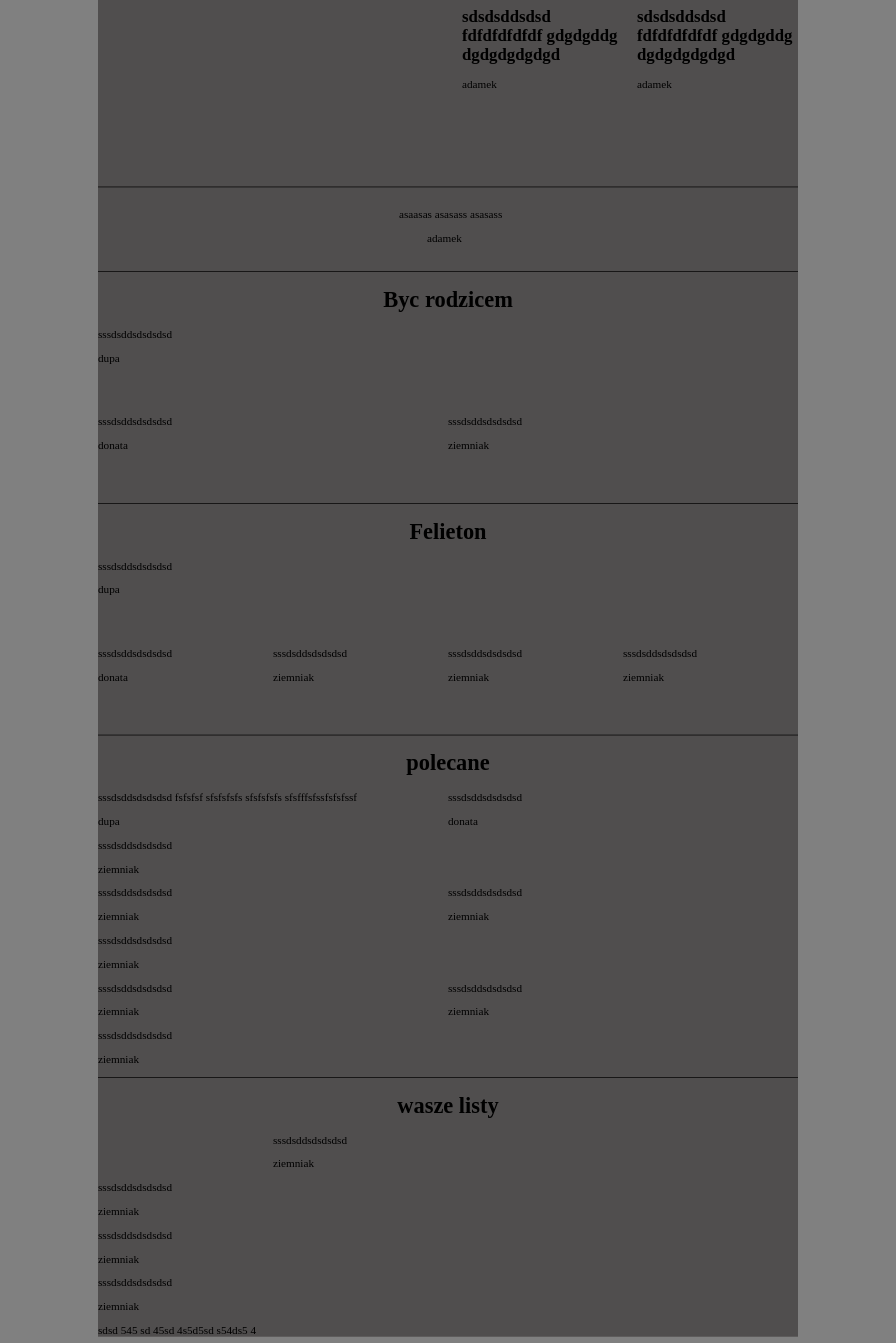
Repository: kq333/pitupitu.pl
Page: index.html
These files come from the project's save history. The page is drawn as it stood at one moment and after the next save; the edit follows.
The browser window is 1280 px wide. The pictures show the part of the page from y = 751 to 2671 px (the page is 2669 px tall before and 2671 px after), at 70% of full size.
The style sheet was rebuilt from its Sass, Less or Tailwind sources for each picture, by a compiler version that may differ from the author's.

Above is the page before, as saved 2020-11-04 13:08:32.

### index.html
<!DOCTYPE html>
<html lang="en">
<head>
    <meta charset="UTF-8">
    <meta name="viewport" content="width=device-width, initial-scale=1.0">
    <title>Document</title>
    <link rel="stylesheet" href="style/style.css">
</head>
<body>


<div id="container">
  <div id="content">
    <div id=bar>
        <ul class="ul_bar">Wyborcza
            <li>sdsd</li>
            <li>sdsd</li>
            <li>sdsd</li>
            <li>sdsd</li>
            <li>sdsd</li>
            <li>sdsd</li>
            <li>sdsd</li>
        </ul>
        <div class="loging">
            Logowanie
        </div>
    </div>
            <div id="logo"><p>Wysokie Obcasy</p>
                <ul class="ul_bar2">
                    <li>fdf</li>
                    <li>gccvcv</li>
                    <li>hghhgh</li>
                    <li>asaseerr</li>
                    <li>jljkj</li>
                    <li>wewewe</li>
                    <li>hghghh</li>
                </ul>


            </div>


           <div>

                <div class="block_1">
                    <div class="art1">
                        <article>
                        <h1>sdsdsddsdsd fdfdfdfdfdf gdgdgddg dgdgdgdgdgd</h1>


                            <p class="autor_name">adamek</p>
                        </article>
                    </div>

                    <div class="art2">
                            <article>
                                <h1>sdsdsddsdsd fdfdfdfdfdf gdgdgddg dgdgdgdgdgd</h1>


                                <p class="autor_name">adamek</p>
                            </article>
                     </div>
                     <div class="art3">
                            <article>
                                <h1>sdsdsddsdsd fdfdfdfdfdf gdgdgddg dgdgdgdgdgd</h1>


                                <p class="autor_name">adamek</p>
                            </article>
                      </div>
                      <div class="art4">
                            <article>
                                <h1>sdsdsddsdsd fdfdfdfdfdf gdgdgddg dgdgdgdgdgd</h1>


                                <p class="autor_name">adamek</p>
                            </article>
                       </div>
                            <div class="art5">
                                <article>
                                    <h1>sdsdsddsdsd fdfdfdfdfdf gdgdgddg dgdgdgdgdgd</h1>


                                    <p class="autor_name">adamek</p>
                                </article>
                            </div>
                                 <div class="art6">
                                    <article>
                                        <h1>sdsdsddsdsd fdfdfdfdfdf gdgdgddg dgdgdgdgdgd</h1>


                                        <p class="autor_name">adamek</p>
                                    </article>
                                 </div>
                                    <div class="art7">

                                        <article>
                                            <h1>sdsdsddsdsd fdfdfdfdfdf gdgdgddg dgdgdgdgdgd</h1>


                                            <p class="autor_name">adamek</p>
                                        </article>
                                    </div>

                                    <div class="art8">
                                            <article>
                                                <h1>sdsdsddsdsd fdfdfdfdfdf gdgdgddg dgdgdgdgdgd</h1>


                                                <p class="autor_name">adamek</p>
                                            </article>
                                    </div>
                                        <div class="art9">
                                                <article>

                                                    <h1>sdsdsddsdsd fdfdfdfdfdf gdgdgddg dgdgdgdgdgd</h1>


                                                    <p class="autor_name">adamek</p>
                                                </article>
                                        </div>
                </div>


                     <div class="quotes">
                         <p1>asaasas asasass asasass</p1>

                        <p class="autor_name">adamek</p>

                    </div>





                  <div class="section">
                    <header>
                        <h1>Byc rodzicem</h1>

                    </header>
                    </div>


                        <section class="family">


                                <div class="art10">
                                    <article> sssdsddsdsdsdsd
                                        <p class="autor_name">dupa</p>

                                    </article>

                                </div>
                                <div class="art11">
                                        <article> sssdsddsdsdsdsd
                                            <p class="autor_name">donata</p>

                                        </article>
                                </div>
                                    <div class="art12">
                                            <article> sssdsddsdsdsdsd
                                                <p class="autor_name">ziemniak</p>

                                            </article>
                                    </div>

                        </section>

                        <div class="section">
                        <header>
                            <h1>Felieton</h1>
                        </header>
                    </div>

                        <section class="column">

                            <div class="art13">
                                    <article> sssdsddsdsdsdsd
                                        <p class="autor_name">dupa</p>

                                    </article>

                            </div>
                                <div class="art14">
                                    <article> sssdsddsdsdsdsd
                                        <p class="autor_name">donata</p>

                                    </article>
                                </div>
                                     <div class="art15">
                                        <article> sssdsddsdsdsdsd
                                            <p class="autor_name">ziemniak</p>

                                        </article>
                                    </div>

                                        <div class="art16">
                                            <article> sssdsddsdsdsdsd
                                                <p class="autor_name">ziemniak</p>

                                            </article>
                                        </div>

                                        <div class="art17">
                                            <article> sssdsddsdsdsdsd
                                                <p class="autor_name">ziemniak</p>

                                            </article>
                                        </div>

                        </section>
                        <div class="section">
                        <header>
                            <h1>polecane</h1>

                        </header>
                    </div>

                            <section class="recommended">


                                    <div class="art18">
                                        <article> sssdsddsdsdsdsd
                                            fsfsfsf sfsfsfsfs sfsfsfsfs
                                            sfsfffsfssfsfsfssf
                                            <p class="autor_name">dupa</p>

                                        </article>
                                    </div>
                                        <div class="art19">
                                            <article> sssdsddsdsdsdsd
                                                <p class="autor_name">donata</p>

                                            </article>
                                        </div>
                                            <div class="art20">

                                                <article> sssdsddsdsdsdsd
                                                    <p class="autor_name">ziemniak</p>
                                                </article>
                                            </div>
                                                <div class="art21">
                                                    <article> sssdsddsdsdsdsd
                                                        <p class="autor_name">ziemniak</p>
                                                    </article>
                                                </div>
                                                    <div class="art22">
                                                        <article> sssdsddsdsdsdsd
                                                            <p class="autor_name">ziemniak</p>


                                                        </article>
                                                    </div>
                                                        <div class="art23">
                                                            <article> sssdsddsdsdsdsd
                                                                <p class="autor_name">ziemniak</p>


                                                            </article>
                                                        </div>

                                                            <div class="art24">
                                                                <article> sssdsddsdsdsdsd
                                                                    <p class="autor_name">ziemniak</p>


                                                                </article>
                                                            </div>
                                                                <div class="art25">
                                                                    <article> sssdsddsdsdsdsd
                                                                        <p class="autor_name">ziemniak</p>


                                                                    </article>
                                                                </div>
                                                                <div class="art26">
                                                            <article> sssdsddsdsdsdsd
                                                                <p class="autor_name">ziemniak</p>


                                                            </article>
                                                            </div>



                            </section>

                            <div class="section">
                            <header>
                                <h1>wasze listy</h1>

                            </header>
                            </div>

                            <section class="letters">

                                <div class="art27"></div>
                                    <article> sssdsddsdsdsdsd
                                        <p class="autor_name">ziemniak</p>


                                    </article>
                                </div>
                                    <div class="art28">
                                        <article> sssdsddsdsdsdsd
                                            <p class="autor_name">ziemniak</p>


                                        </article>
                                    </div>
                                        <div class="art29">

                                            <article> sssdsddsdsdsdsd
                                                <p class="autor_name">ziemniak</p>


                                            </article>
                                        </div>

                                            <div class="art30">
                                                <article> sssdsddsdsdsdsd
                                                    <p class="autor_name">ziemniak</p>


                                                </article>
                                            </div>

                            </section>

                            <footer>
                                <div class="footer">sdsd 545 sd 45sd 4s5d5sd s54ds5 4</div>

                            </footer>



















































           </main>



  </div>




















</div>
</body>
</html>

### style/style.scss
body{
    background-color: grey;


}
#constainer{
    height: auto;
}

#content{
    margin:auto;
    background-color: rgb(80, 78, 78);
    width:1000px;

}


#bar{
    display:grid;
    grid-template-columns: auto auto;
    width:1000px;



}

.ul_bar{
    width:960px;
    height: 40px;
    border-bottom: 1px solid black;


    li{
        list-style-type: none;
    }

}


#logo{
    border-bottom: 1px solid black;
    width:1000px;
    height: 120px;
    p{
        margin-left:480px;
    }

    .ul_bar2{
        list-style-type: none;
        display:inline-flex;
        gap:55px;
        margin-left:170px;
    }
}

.block_1{
    width:1000px;
    height: auto;
    display:grid;
    grid-template-columns: 500px auto auto;
    .art1{
    grid-row-start: 1;
    grid-row-end: 9;
    height: 800px;;
    }
    gap: 20px;
}

.quotes{
    width: 940px;
    height: 60px;
    border-bottom: 1px solid black;
    border-top: 1px solid black;
    padding:30px;

    p1{
        margin-left: 400px;
        margin-top:130px;
    }
    p{
        margin-left: 440px;
    }

}

.section{
    text-align: center;
}
.family{
    width:1000px;
    height: 250px;
    border-bottom: 1px solid black;
    display:grid;
    grid-template-columns: auto auto;
    grid-template-areas: "art10 art10"
                          "art11 art12"  ;

.art10{
grid-area: art10;


}
.art11{
grid-area: art11;
}

.art12{
grid-area: art12;
}


}

.column{
    width:1000px;
    height: 250px;
    border-bottom: 1px solid black;
    display:grid;
    grid-template-columns: auto auto auto;
    grid-template-areas: "art13 art13 art13 art13"
                         " art14 art15 art16 art17"   ;

    .art13{

        grid-area: art13;


            }
    .art14{
        grid-area: art14;

     }

    .art15{
        grid-area: art15;
     }

     .art16{
        grid-area: art16;
     }

     .art17{
        grid-area: art17;
     }

    h1{
        margin-left:500px;

        }

}


.recommended{
    width:1000px;
    height: auto;
    border-bottom: 1px solid black;
    display:grid;
    grid-template-columns: repeat(2, 1fr);
    grid-template-areas: " art18   art19"
                         " art20   art19"
                         " art21  art22"
                         " art23  art22"
                         " art24  art25"
                         " art26  art25"
                         ;




.art18{
grid-area:art18;


}

.art19{
grid-area: art19;

 }

.art20{
grid-area: art20;


 }

.art21{
grid-area: art21;
 }

.art22{
grid-area: art22;
 }

.art23{
grid-area: art23;
 }

.art24{
grid-area: art24;

 }

.art25{
grid-area: art25;
 }

.art26{
grid-area: art26;
 }
};

.letters{
    width:1000px;


    display:grid;
    grid-template-columns: repeat(4, 1fr);
    grid-template-areas: "art27 art28 art29 art30";


.art27{
    grid-area: art27;
}

.art28{
    grid-area: art28;
}


.art29{
    grid-area: art29;
}

.art30{
    grid-area: art30;
}

}

After the next save:
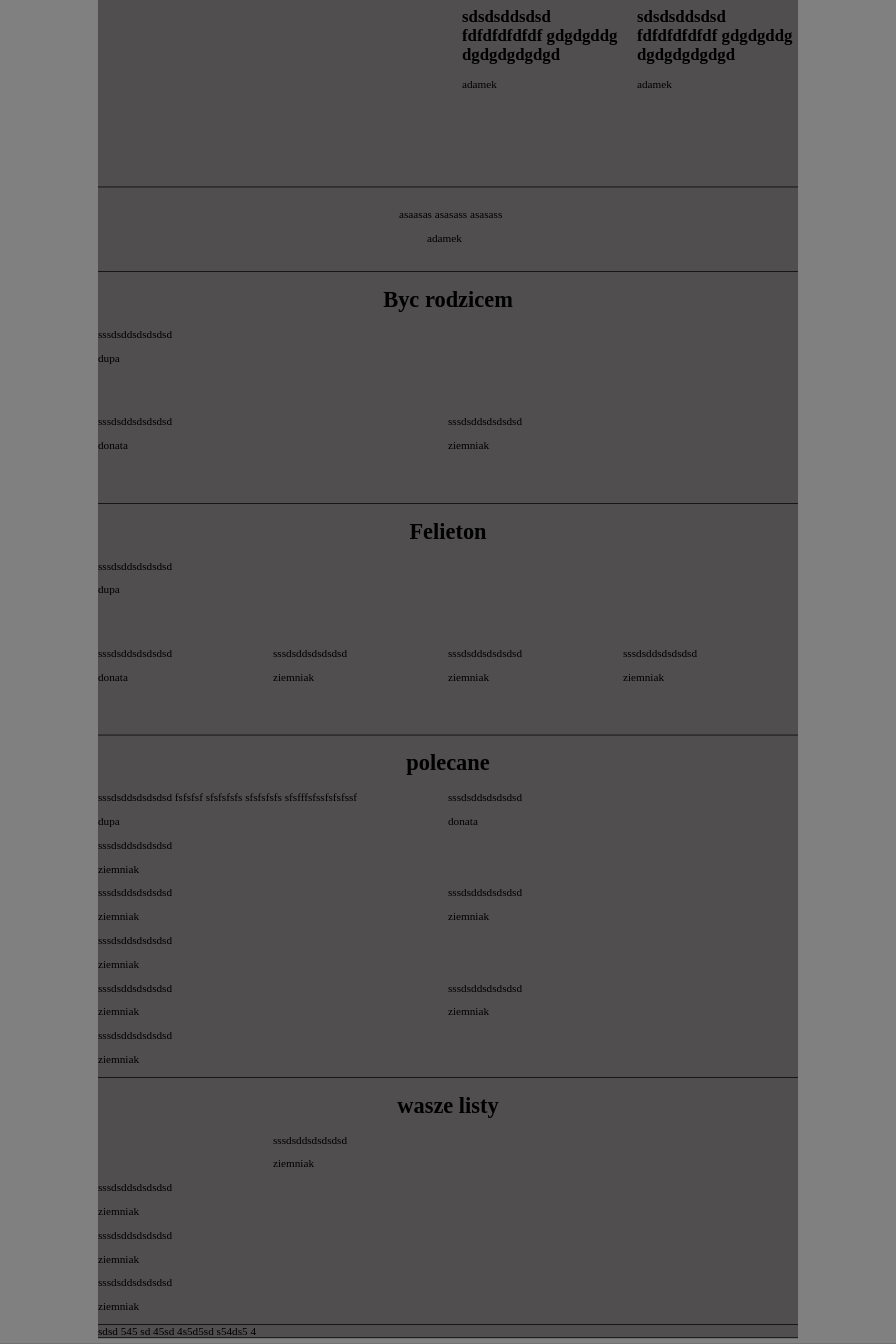
Saved 2 min 38 s later.
--- a/style/style.scss
+++ b/style/style.scss
@@ -238,3 +238,8 @@ grid-area: art26;
 }
 
 }
+
+ .footer{
+    border-bottom: 1px solid black;
+    border-top: 1px solid black;
+ }
